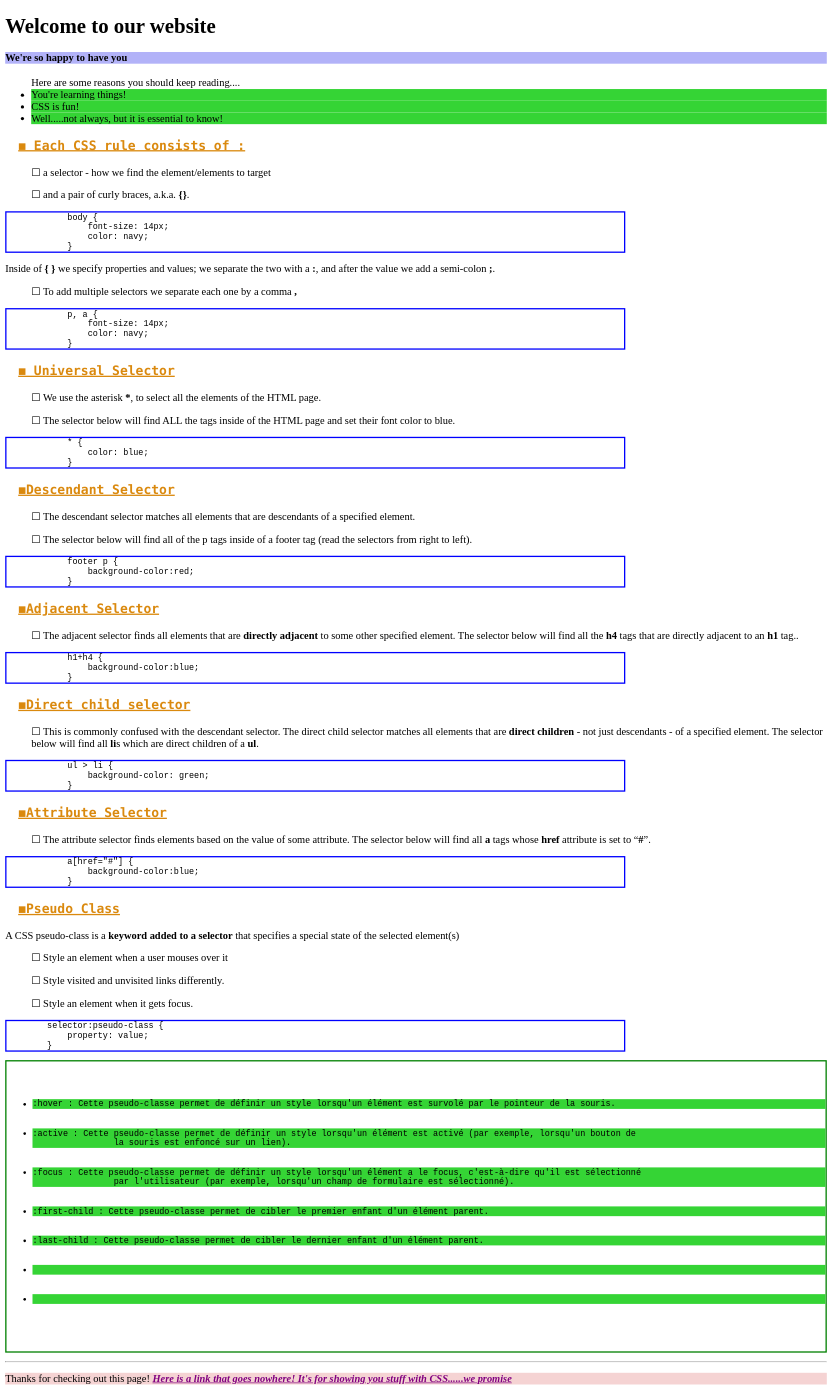
Repository: AnnaSpirit/Tests__
Page: CSS/Useful_Selectors.html
An editor plug-in stored every save of this project. The page is shown before and after the next save, followed by the edit.
The browser window is 1280 px wide. The pictures show the whole page, at 65% of full size.

Above is the page before, as saved 2024-04-01 18:05:55.

After the next save:
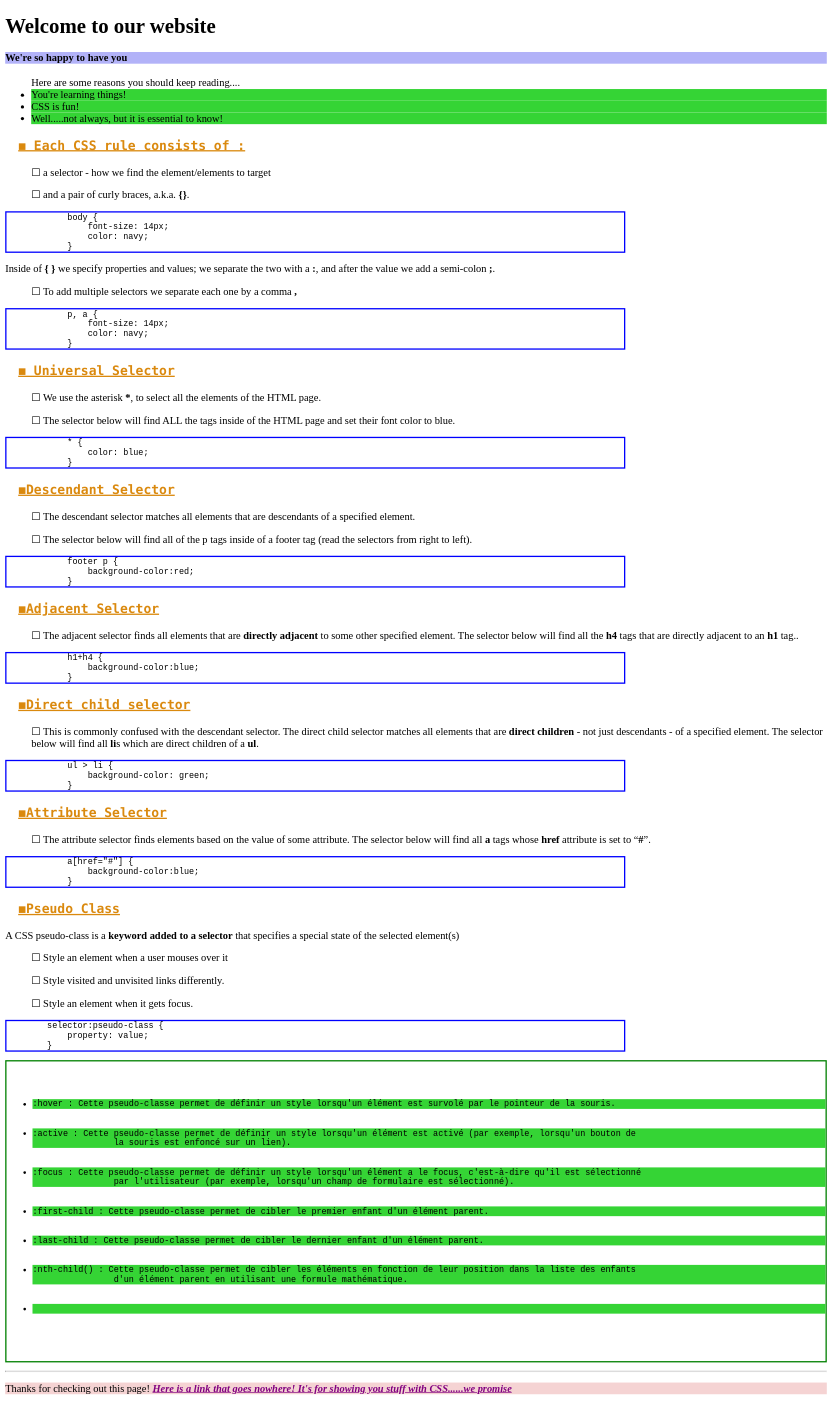
Saved 9 s later.
--- a/CSS/Useful_Selectors.html
+++ b/CSS/Useful_Selectors.html
@@ -105,7 +105,8 @@
                 par l'utilisateur (par exemple, lorsqu'un champ de formulaire est sélectionné).</li>
                 <li>:first-child : Cette pseudo-classe permet de cibler le premier enfant d'un élément parent.</li>
                 <li>:last-child : Cette pseudo-classe permet de cibler le dernier enfant d'un élément parent.</li>
-                <li></li>
+                <li>:nth-child() : Cette pseudo-classe permet de cibler les éléments en fonction de leur position dans la liste des enfants
+                d'un élément parent en utilisant une formule mathématique.</li>
                 <li></li>
             </ul>
         </pre>
